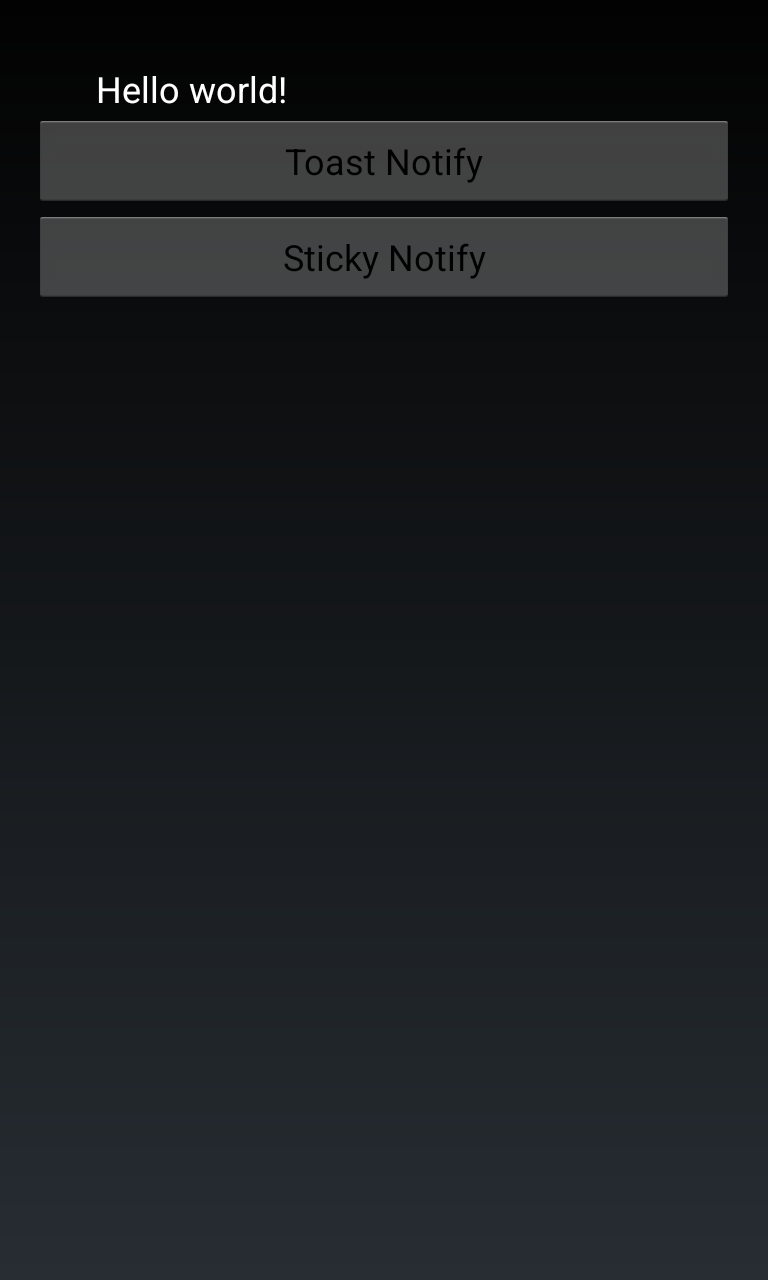
Repository: zubke/NotifyLib
Layout: Android-NotifySample/res/layout/activity_main.xml
These files come from the project's save history. The layout is drawn as it stood at one moment and after the next save; the edit follows.
It is drawn on a 768 x 1280 px phone screen (xhdpi) without system bars, with theme AppTheme; the app's code is not run.

Above is the layout before, as saved 2013-10-07 19:24:58.

After the next save:
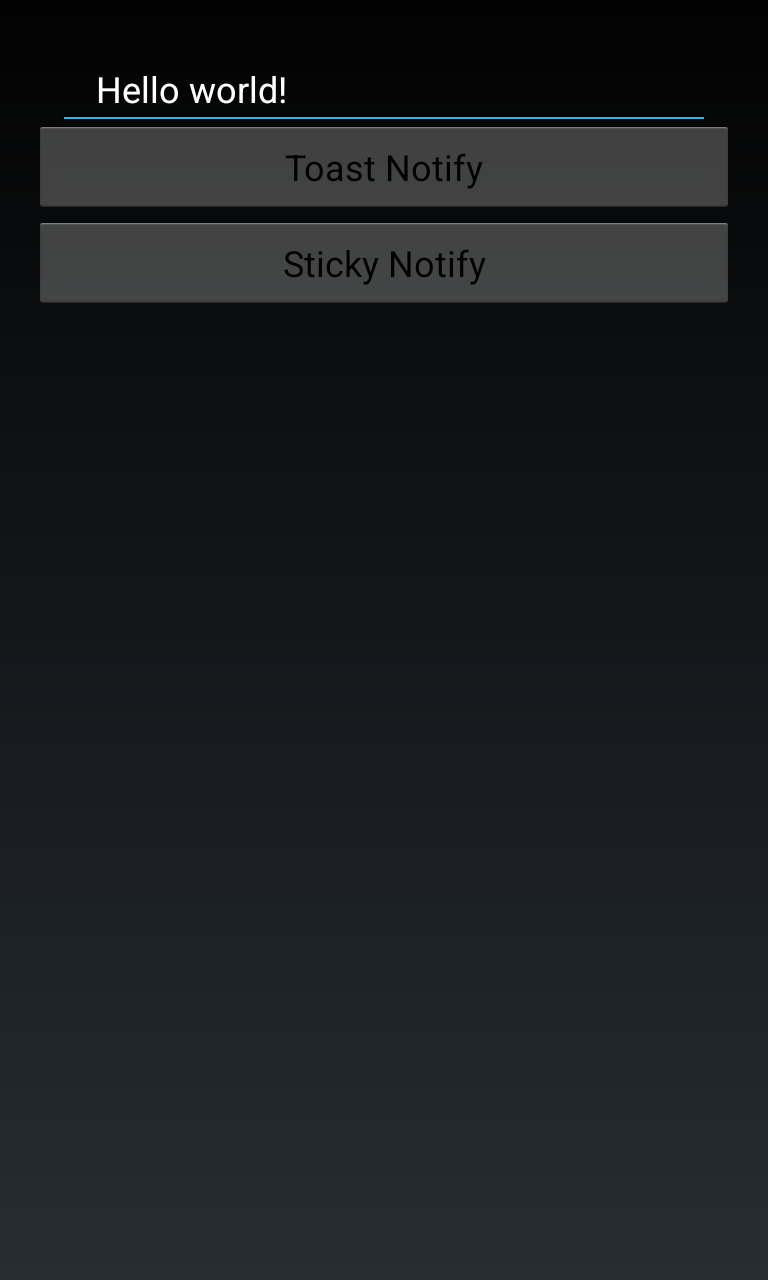
Saved 30 s later.
--- a/Android-NotifySample/res/layout/activity_main.xml
+++ b/Android-NotifySample/res/layout/activity_main.xml
@@ -21,6 +21,14 @@
     		android:textColor="@color/white"
             android:text="@string/hello_world" />
 
+         <View
+            android:layout_width="match_parent"
+            android:layout_height="1dp"
+            android:layout_marginLeft="@dimen/activity_vertical_margin"
+            android:layout_marginRight="@dimen/activity_vertical_margin"
+            android:layout_marginTop="2dp"
+            android:background="@color/ics_blue_main" />
+
         <Button
             android:id="@+id/button1"
             android:layout_width="match_parent"
